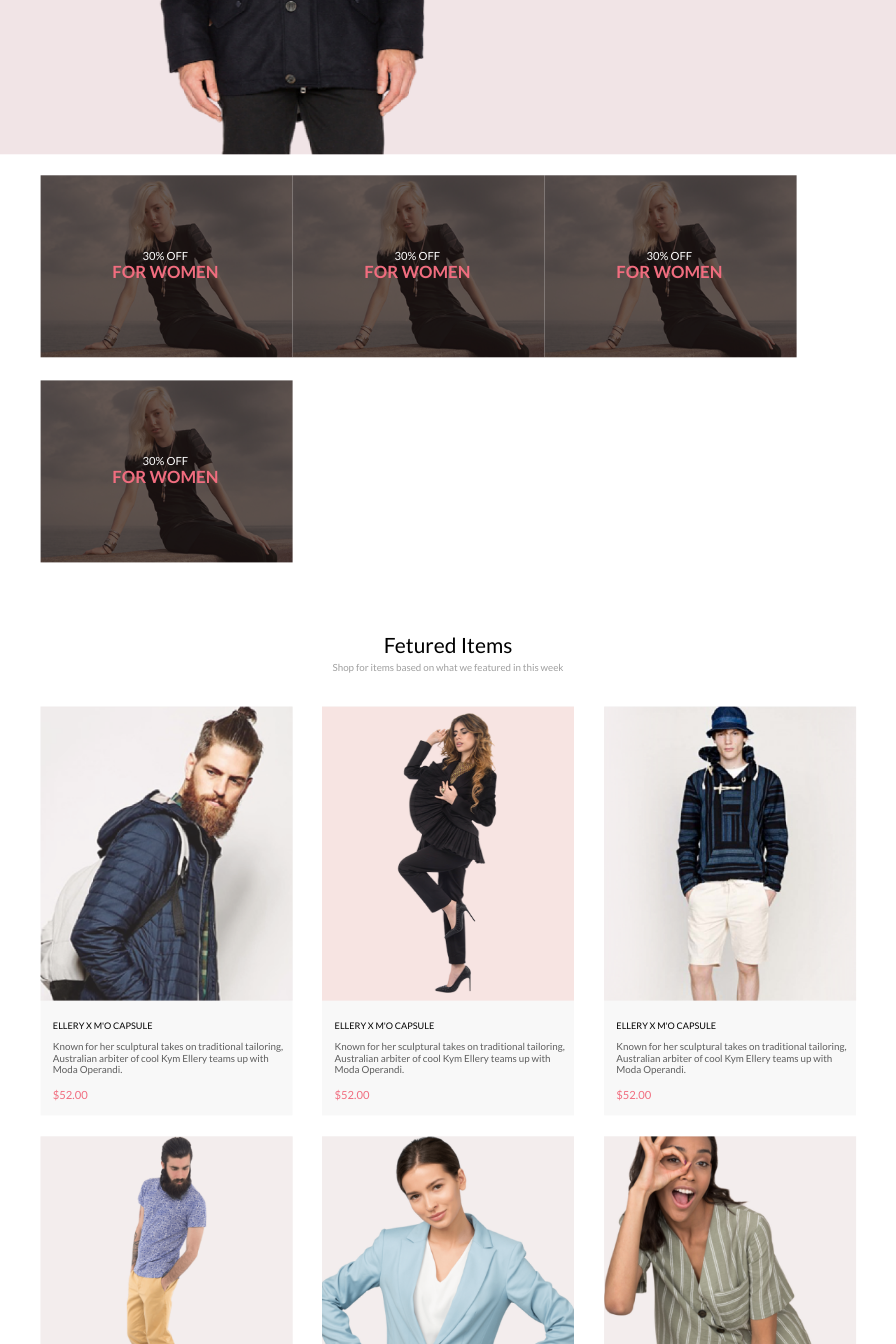
Repository: shtepaa/work-show-linkid
Page: les01/index.html
An editor plug-in stored every save of this project. The page is shown before and after a run of saves, followed by the edit.
The browser window is 1280 px wide. The pictures show the part of the page from y = 619 to 2539 px (the page is 3985 px tall before and 3905 px after), at 70% of full size.

Above is the page before, as saved 2022-02-15 12:45:39.

After the next 2 saves:
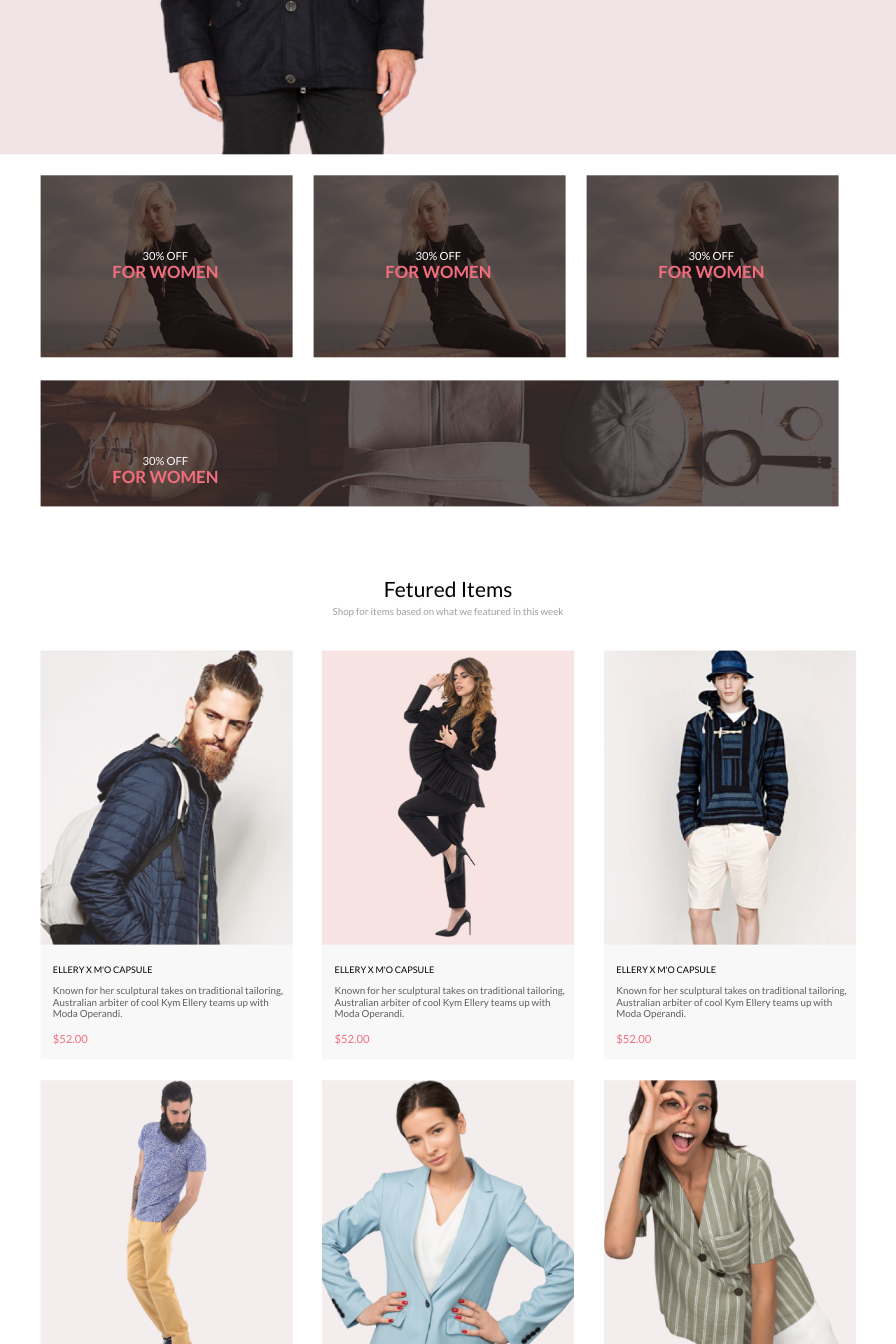
The 2 saves are shown as one change because they came seconds apart.
The last was saved 7 s later.
--- a/les01/index.html
+++ b/les01/index.html
@@ -129,7 +129,7 @@
             <a class="link-cataloge" href="#">
               <img
                 class="catalog-image"
-                src="img/catalog01.png"
+                src="img/catalog04.png"
                 alt="catalog01"
               />
               <h2 class="catalog__text">
